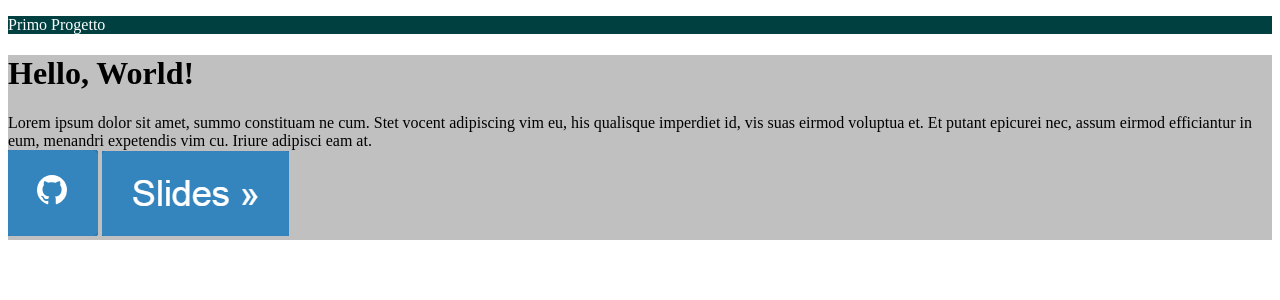
Repository: AndreaGuastaferro/Repository_Andrea_Guastaferro_Front
Page: cartella_html/NUOVO_HTML/ProgettoFinale.html
The author's editor kept a copy of each file at every save. The page is drawn from the files as they stood at one save, then again after the next save.
The browser window is 1280 px wide. The pictures show the whole page.

Above is the page before, as saved 2018-10-22 16:14:39.

### cartella_html/NUOVO_HTML/ProgettoFinale.html
<!DOCTYPE html>
<html>
<head>
<meta charset="ISO-8859-1">
<title>Insert title here</title>
<link rel="stylesheet" type="text/css" href="ProgettoFinale.css">
</head>
<body>
	<header >
	<p id="head"> Primo Progetto</p>
	</header>

	 <div class="Projecthero">
	 	<div class="TextHero">
	 		<h1 class="H1">Hello, World!</h1>
	 		<article class ="articolo">
	 		Lorem ipsum dolor sit amet, summo constituam ne cum.
	 		Stet vocent adipiscing vim eu, his qualisque imperdiet id, vis suas eirmod voluptua et.
	 		Et putant epicurei nec, assum eirmod efficiantur in eum, menandri expetendis vim cu. Iriure adipisci eam at.
	 		</article>
	 		<span class="Span_uno"> <a href="https://it-it.facebook.com"><img alt="Not Found"  src="img/progetto finale_imm1.png"></a></span>
	 		<span class="Span_due"> <a href="http://www.irpinianews.it"><img alt="Not Found"  src="img/progetto finale_imm2.png"></a></span>
	 	</div>
	 </div>
</body>
</html>

### cartella_html/NUOVO_HTML/ProgettoFinale.css
@charset "ISO-8859-1";

body{
	margin 0;
}

header {
	background-color: #004040;
  	height:5%;
}

#head{
color: white;
}

.Projecthero{
	background-color: #c0c0c0;
}

.H1{
	margin 0;
}

After the next save:
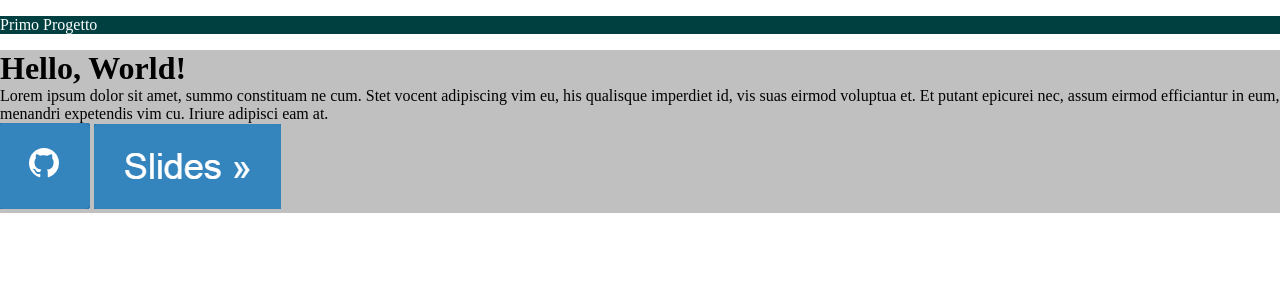
Saved 36 s later.
--- a/cartella_html/NUOVO_HTML/ProgettoFinale.css
+++ b/cartella_html/NUOVO_HTML/ProgettoFinale.css
@@ -1,7 +1,7 @@
 @charset "ISO-8859-1";
 
 body{
-	margin 0;
+	margin: 0;
 }
 
 header {
@@ -18,5 +18,5 @@ color: white;
 }
 
 .H1{
-	margin 0;
+	margin: 0;
 }
